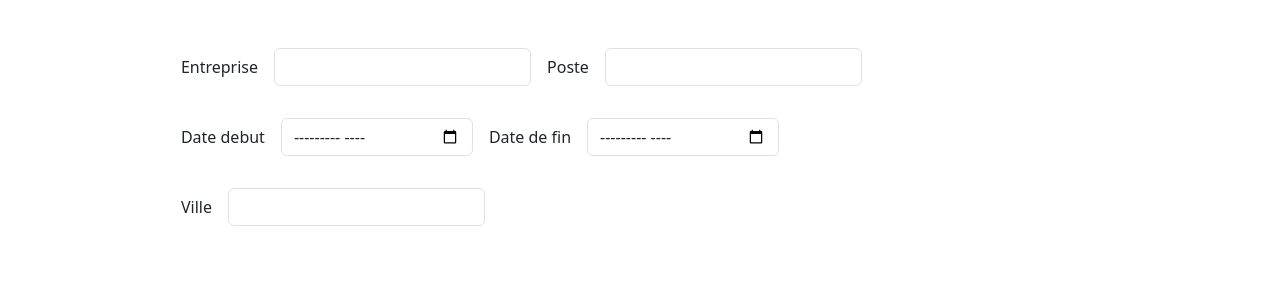
Repository: moAllElite/Examen-EJB-WEB-EAR
Page: http://localhost/SearchJobsWeb/views/exp_form_skills/addExp.jsp
An editor plug-in stored every save of this project. The page is shown before and after the next save, followed by the edit.
The browser window is 1280 px wide. The pictures show the whole page.
The page is served by Tomcat 9. Nobody is signed in. The application's start-up code is not run. Other server files are loaded and not shown.

Above is the page before, as saved 2023-03-25 22:27:13.

### SearchJobsWeb/src/main/webapp/views/exp_form_skills/addExp.jsp
<%@ page language="java" contentType="text/html; charset=ISO-8859-1"
    pageEncoding="ISO-8859-1"%>
<!DOCTYPE html>
<html>
<head>
<meta charset="ISO-8859-1">
<title>Insert title here</title>
</head>
<body>
	<form method="post" action="AddExperience">
		<jsp:include page="main.jsp"></jsp:include>
	</form>
</body>
</html>

### SearchJobsWeb/src/main/webapp/views/exp_form_skills/main.jsp
<%@ page language="java" contentType="text/html; charset=ISO-8859-1"
    pageEncoding="ISO-8859-1"%>
<!DOCTYPE html>
<html>
<head>
<meta charset="ISO-8859-1">
<title>Insert title here</title>
	 <link href="https://cdn.jsdelivr.net/npm/bootstrap@5.3.0-alpha1/dist/css/bootstrap.min.css" rel="stylesheet" integrity="sha384-GLhlTQ8iRABdZLl6O3oVMWSktQOp6b7In1Zl3/Jr59b6EGGoI1aFkw7cmDA6j6gD" crossorigin="anonymous">

	</head>
	<body class="d-flex justify-content-evenly mt-5">
		<!-- Example Code -->

	    <div class="row g-3 align-items-center">
		      <div class="col-auto">
		        <label for="inputPassword6" class="col-form-label">Entreprise</label>
		      </div>
		      <div class="col-auto">
		        <input type="text"  class="form-control" name="societe" name="" aria-describedby="addon-wrapping">
		      </div>
		      <div class="col-auto">
		      <label for="inputPassword6" class="col-form-label">Poste</label>
		    </div>
		    <div class="col-auto">
		      <input type="text"  class="form-control" name="poste" required="required" aria-describedby="addon-wrapping">
		    </div>
	  	</div>
	  	<!-- Example Code -->

	    <div class="row g-3 align-items-center mt-3">
	      <div class="col-auto">
	        <label for="inputPassword6" class="col-form-label">Date debut</label>
	      </div>
	      <div class="col-auto">
	        <input type="month" name="datedb"  class="form-control" required="required"  aria-describedby="addon-wrapping">
	      </div>
	      <div class="col-auto">
	      <label for="inputPassword6" class="col-form-label">Date de fin</label>
	    </div>
	    <div class="col-auto">
	      <input type="month"  name="datefn" required="required" class="form-control"  aria-describedby="addon-wrapping">
	    </div>
	    <div class="row g-3 align-items-center mt-3">
	      <div class="col-auto">
	        <label for="inputPassword6" class="col-form-label">Ville</label>
	      </div>
	      <div class="col-auto">
	        <input type="text" name="ville"  class="form-control" required="required"  aria-describedby="addon-wrapping">
	      </div>
	      </div>
	  </div>
	  	<script src="https://cdn.jsdelivr.net/npm/@popperjs/core@2.11.6/dist/umd/popper.min.js" integrity="sha384-oBqDVmMz9ATKxIep9tiCxS/Z9fNfEXiDAYTujMAeBAsjFuCZSmKbSSUnQlmh/jp3" crossorigin="anonymous"></script>
		<script src="https://cdn.jsdelivr.net/npm/bootstrap@5.3.0-alpha1/dist/js/bootstrap.min.js" integrity="sha384-mQ93GR66B00ZXjt0YO5KlohRA5SY2XofN4zfuZxLkoj1gXtW8ANNCe9d5Y3eG5eD" crossorigin="anonymous"></script>

	</body>
</html>

After the next save:
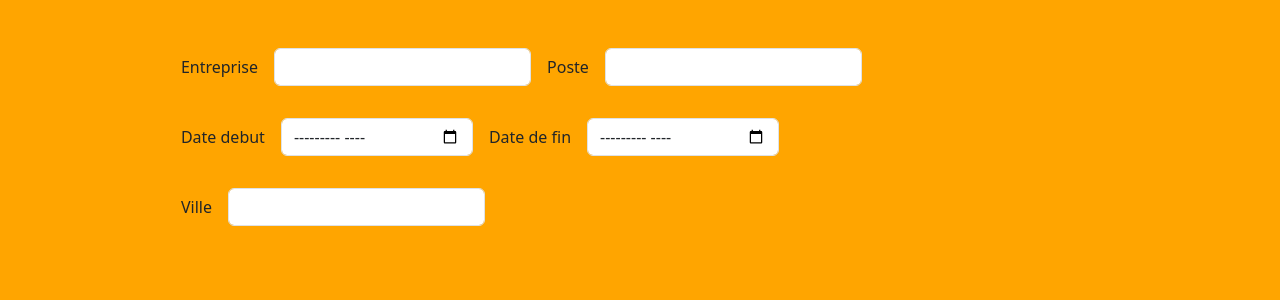
Saved 35 s later.
--- a/SearchJobsWeb/src/main/webapp/views/exp_form_skills/main.jsp
+++ b/SearchJobsWeb/src/main/webapp/views/exp_form_skills/main.jsp
@@ -8,7 +8,7 @@
 	 <link href="https://cdn.jsdelivr.net/npm/bootstrap@5.3.0-alpha1/dist/css/bootstrap.min.css" rel="stylesheet" integrity="sha384-GLhlTQ8iRABdZLl6O3oVMWSktQOp6b7In1Zl3/Jr59b6EGGoI1aFkw7cmDA6j6gD" crossorigin="anonymous">
 
 	</head>
-	<body class="d-flex justify-content-evenly mt-5">
+	<body class="d-flex justify-content-evenly mt-5" style="background-color: orange;">
 		<!-- Example Code -->
 
 	    <div class="row g-3 align-items-center">
